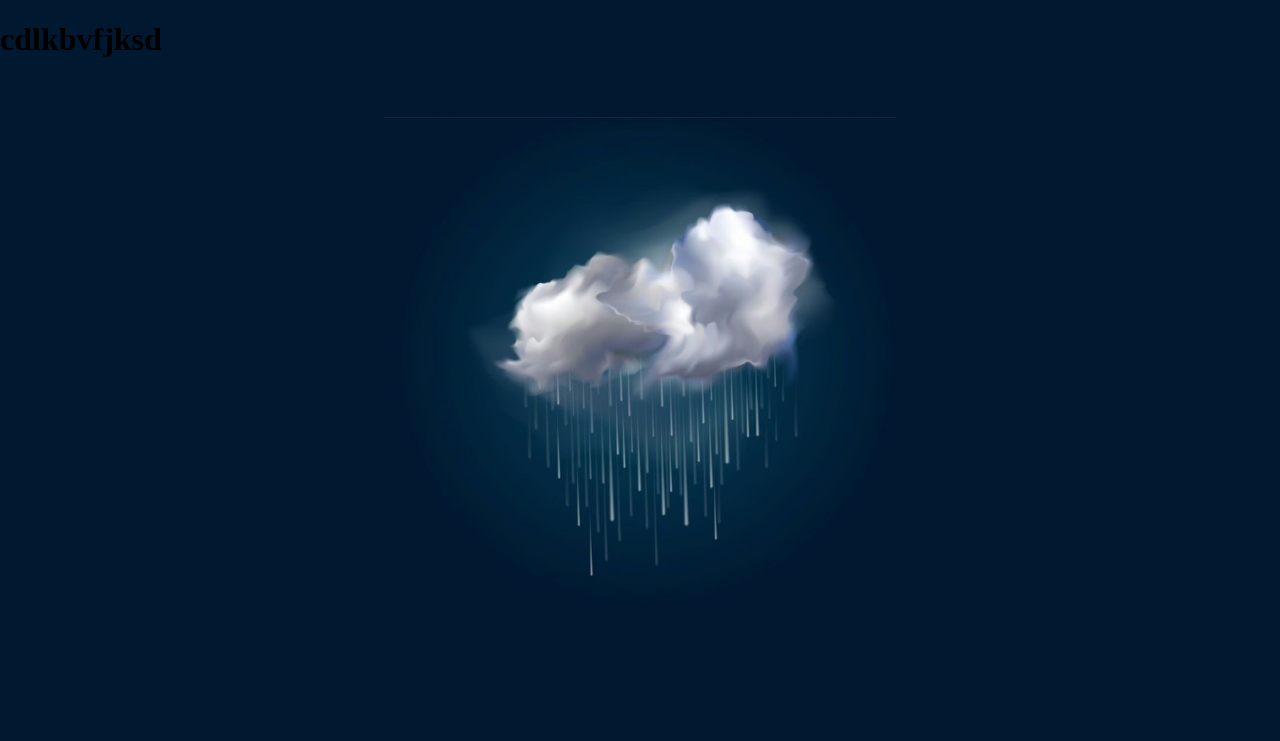
Repository: fateme81yosefi/weather
Page: landing/Landing.html
The author's editor kept a copy of each file at every save. The page is drawn from the files as they stood at one save, then again after the next save.
The browser window is 1280 px wide. The pictures show the whole page.

Above is the page before, as saved 2025-02-02 16:35:15.

### landing/Landing.html
<!doctype html>
<html lang="en">
	<head>
		<meta charset="utf-8">
		<meta name="viewport" content="width=device-width,initial-scale=1">
        <link rel="stylesheet" href="./style/landing.css">

		<title>هواشناسی</title>
	</head>
	<body>
        <div class="container-landing">
            <h1>cdlkbvfjksd</h1>

        </div>



		<script src="./js/landing.js"></script>
	</body>

</html>

### landing/style/landing.css
body {
  margin: 0 !important;
  padding: 0;
  overflow: hidden;
  background-color: #001830 ;
}
.container-landing {
  background-image:url("../images/bg.jpg");
  background-position: center;
  background-size: 40%;
  background-repeat: no-repeat;
  height: 100vh;
  margin: 0;
  padding: 0;
}

Loaded but not shown: landing/js/landing.js (no stored copy; drawn as an empty file)

After the next save:
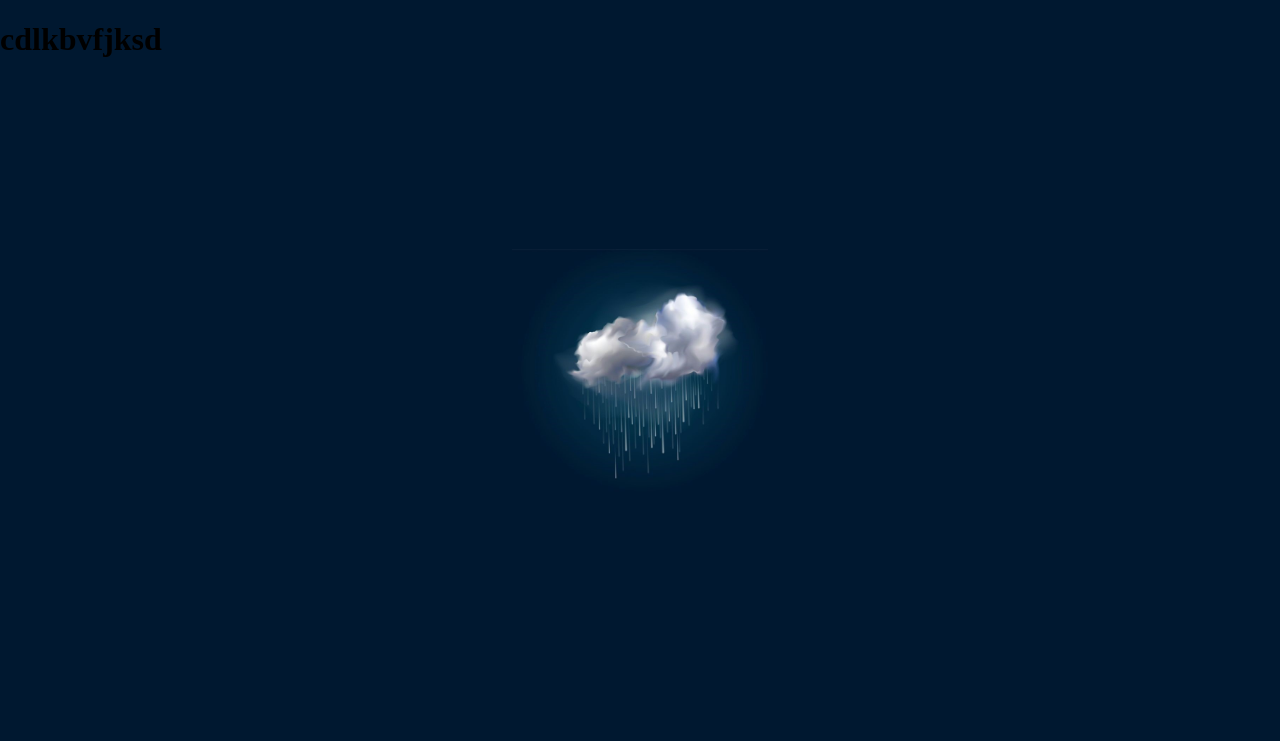
Saved 55 s later.
--- a/landing/style/landing.css
+++ b/landing/style/landing.css
@@ -7,7 +7,7 @@ body {
 .container-landing {
   background-image:url("../images/bg.jpg");
   background-position: center;
-  background-size: 40%;
+  background-size: 20%;
   background-repeat: no-repeat;
   height: 100vh;
   margin: 0;
